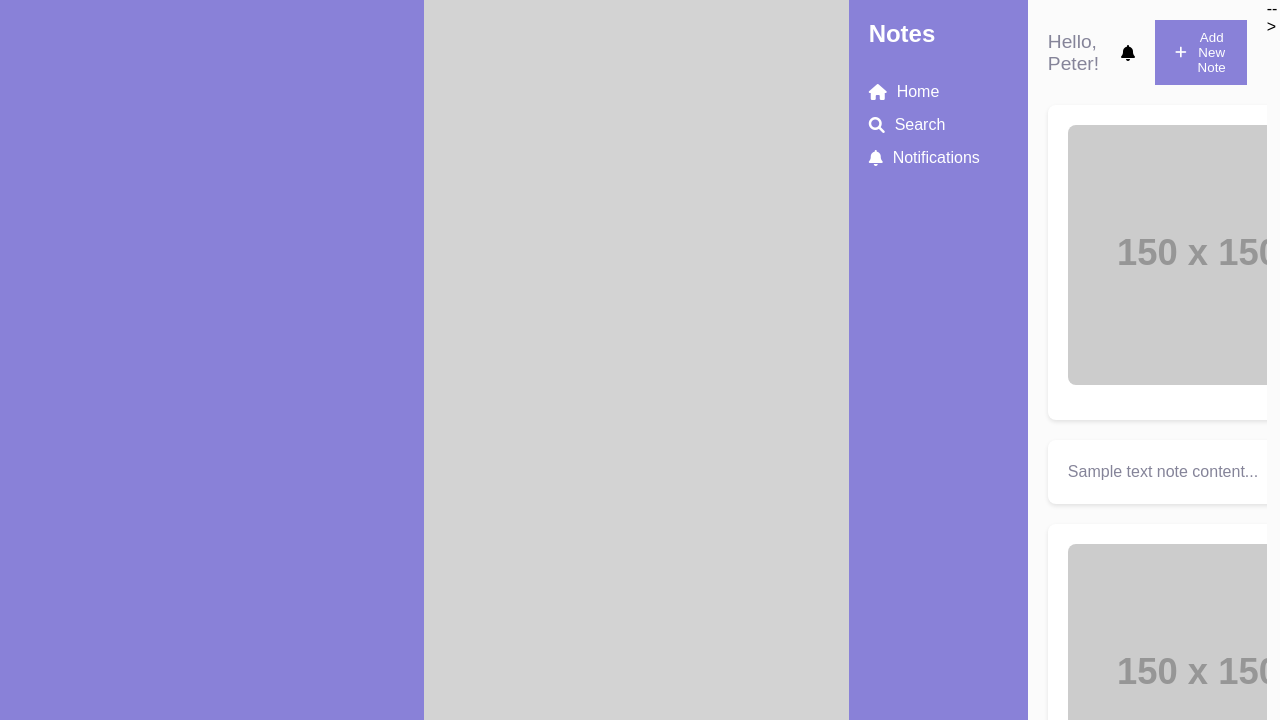
Repository: SatenikGabrielyan/HTML_CSS-_Assignment
Page: index.html
An editor plug-in stored every save of this project. The page is shown before and after the next save, followed by the edit.
The browser window is 1280 px wide. The pictures show the whole page.

Above is the page before, as saved 2025-03-17 00:20:51.

### index.html
<!DOCTYPE html>
<html lang="en">
  <head>
    <meta charset="UTF-8" />
    <meta name="viewport" content="width=device-width, initial-scale=1.0" />
    <title>Notes App</title>
    <link rel="stylesheet" href="./style.css" />
    <!-- Include Font Awesome for icons -->
    <link href="https://cdnjs.cloudflare.com/ajax/libs/font-awesome/6.0.0-beta3/css/all.min.css" rel="stylesheet"/>
  </head>
  <body>

      <div class="cont">
          <div class="purp"></div>
          <div class="whit"></div>
      </div>
    <!-- <!-- <div class="container"> -->

      <nav class="sidebar">
        <div class="sidebar-header">
          <h2>Notes</h2>
        </div>
        <ul class="sidebar-list">
          <li><i class="fas fa-home"></i> Home</li>
          <li><i class="fas fa-search"></i> Search</li>
          <li><i class="fas fa-bell"></i> Notifications</li>
        </ul>
      </nav>

      <main class="main-content">
        <header>
          <div class="header-left">
            <p>Hello, Peter!</p>
          </div>
          <div class="header-right">
            <i class="fas fa-bell"></i>
            <button class="add-note-btn">
              <i class="fas fa-plus"></i> Add New Note
            </button>
          </div>
        </header>
        <section class="notes-grid">

          <div class="note-item image-note">
            <img src="https://via.placeholder.com/150" alt="Note Image" />
          </div>

          <div class="note-item text-note">
            <p>Sample text note content...</p>
          </div>

          <div class="note-item mixed-note">
            <img src="https://via.placeholder.com/150" alt="Note Image" />
            <p>Sample mixed note content...</p>
          </div>
        </section>
      </main>
    </div> -->

  </body>
</html>

### style.css
/* CSS Variables for Colors */
:root {
    --bg-color: #fbfbfb;
    --primary-color: #8981d8;
    --secondary-color: #d0d0d0;
    --text-color: #858499;
    --highlight-color: #7f77cc;
    --hover-color: rgba(137, 129, 216, 0.5);
  }

  /* General Reset */
  * {
    margin: 0;
    padding: 0;
    box-sizing: border-box;
  }

  body {
    font-family: Arial, sans-serif;
    background-color: var(--bg-color);
    display: flex;
    height: 100vh;
  }
  .wrapper{
    position: relative;
  }
  .cont{
      display: flex;
      width: 100%;
      position: relative;
      z-index: -1;
      border-radius: 10px;
  }
.purp {
    width: 50%;
    background-color: var(--primary-color);
    flex-direction: row;
}
.whit {
    width: 50%;
    background-color: lightgray;
    flex-direction: row;
}
  .container {
    display: flex;
    width: 800px;
    height: 700px;
    margin: 50px;
    /* background: center; */
    position: absolute;
    z-index: 2;
    border-radius: 30px;
  }

  /* Sidebar Styling */
  .sidebar {
    width: 250px;
    background-color: var(--primary-color);
    color: #fff;
    display: flex;
    flex-direction: column;
    padding: 20px;
  }

  .sidebar-header h2 {
    margin-bottom: 20px;
  }

  .sidebar-list {
    list-style: none;
  }

  .sidebar-list li {
    margin: 15px 0;
    display: flex;
    align-items: center;
    cursor: pointer;
  }

  .sidebar-list li i {
    margin-right: 10px;
  }

  /* Main Content Styling */
  .main-content {
    flex-grow: 1;
    padding: 20px;
    overflow-y: auto;
  }

  header {
    display: flex;
    justify-content: space-between;
    align-items: center;
    margin-bottom: 20px;
  }

  .header-left p {
    font-size: 1.2em;
    color: var(--text-color);
  }

  .header-right {
    display: flex;
    align-items: center;
  }

  .header-right i {
    margin-right: 20px;
    cursor: pointer;
  }

  .add-note-btn {
    background-color: var(--primary-color);
    color: #fff;
    border: none;
    padding: 10px 20px;
    cursor: pointer;
    display: flex;
    align-items: center;
  }

  .add-note-btn i {
    margin-right: 10px;
  }

  /* Notes Grid Styling */
  .notes-grid {
    display: grid;
    grid-template-columns: repeat(auto-fill, minmax(300px, 1fr));
    gap: 20px;
  }

  .note-item {
    background-color: #fff;
    border-radius: 8px;
    box-shadow: 0 2px 4px rgba(0, 0, 0, 0.1);
    overflow: hidden;
    display: flex;
    flex-direction: column;
    padding: 20px;
  }

  .note-item img {
    width: 100%;
    height: auto;
    border-radius: 8px;
    margin-bottom: 15px;
  }

  .note-item p {
    color: var(--text-color);
    font-size: 1em;
    line-height: 1.5;
  }

  /* Hover Effect for Filter Buttons */
  .sidebar-list li:hover {
    background-color: var(--highlight-color);
    transition: background-color 0.3s ease;
  }

  /* Mobile Responsiveness */
  @media (max-width: 768px) {
    .container {
      flex-direction: column;
    }

    .sidebar {
      width: 100%;
      flex-direction: row;
      justify-content: space-around;
      padding: 10px;
    }

    .sidebar-list {
      display: flex;
      flex-direction: row;
      gap: 15px;
    }

    .sidebar-list li {
      margin: 0;
    }

    .main-content {
      padding: 10px;
    }

    header {
      flex-direction: column;
      align-items: flex-start;
    }

    .header-right {
      margin-top: 10px;
    }

    .notes-grid {
      grid-template-columns: 1fr;
    }

    .note-item {
      padding: 10px;
    }

    .note-item img {
      margin-bottom: 10px;
    }
  }

After the next save:
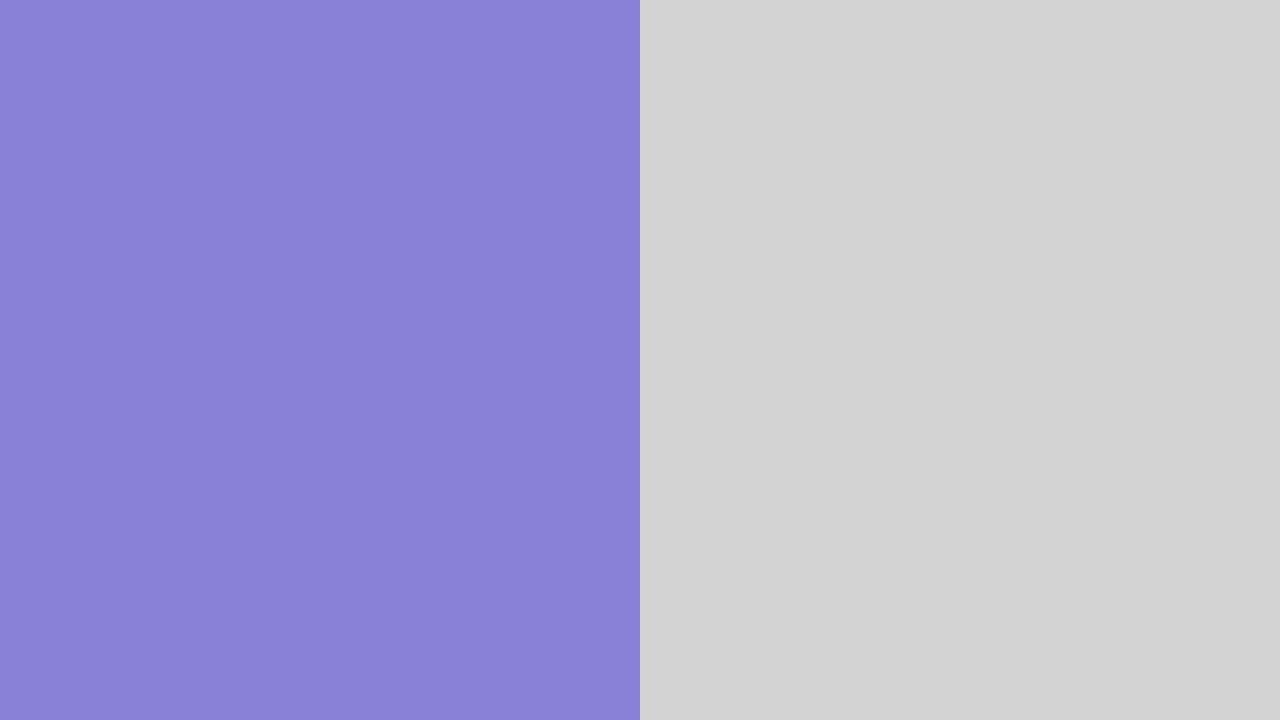
Saved 5 s later.
--- a/index.html
+++ b/index.html
@@ -14,7 +14,7 @@
           <div class="purp"></div>
           <div class="whit"></div>
       </div>
-    <!-- <!-- <div class="container"> -->
+    <!-- <!-- <div class="container">
 
       <nav class="sidebar">
         <div class="sidebar-header">
